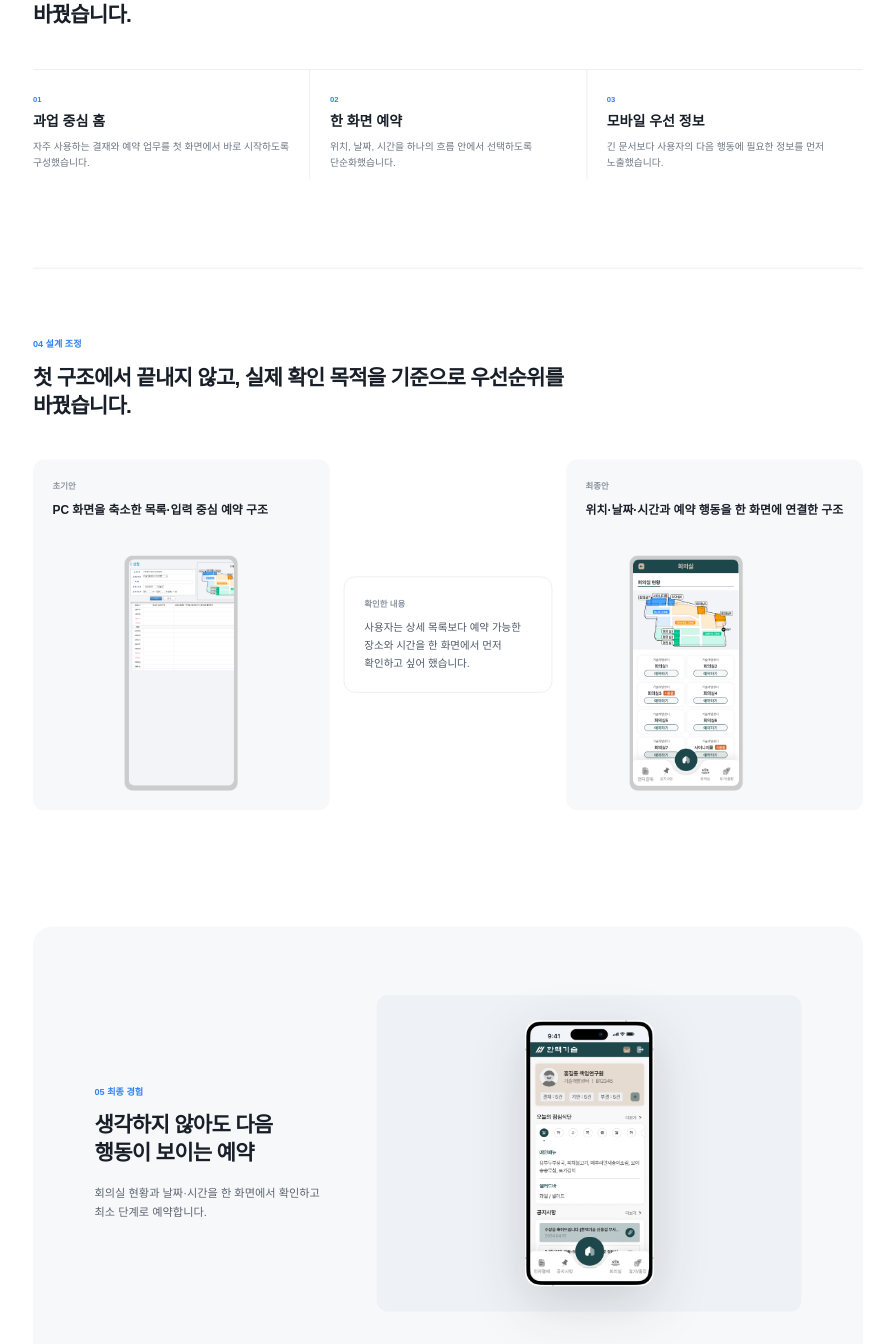
Repository: hanul-Lee/web
Page: project-intranet.html
These files come from the project's save history. The page is drawn as it stood at one moment and after the next save; the edit follows.
The browser window is 1280 px wide. The pictures show the part of the page from y = 2622 to 4542 px (the page is 5926 px tall), at 70% of full size.
The style sheet was rebuilt from its Sass, Less or Tailwind sources for each picture, by a compiler version that may differ from the author's.

Above is the page before, as saved 2026-07-26 12:41:17.

After the next save:
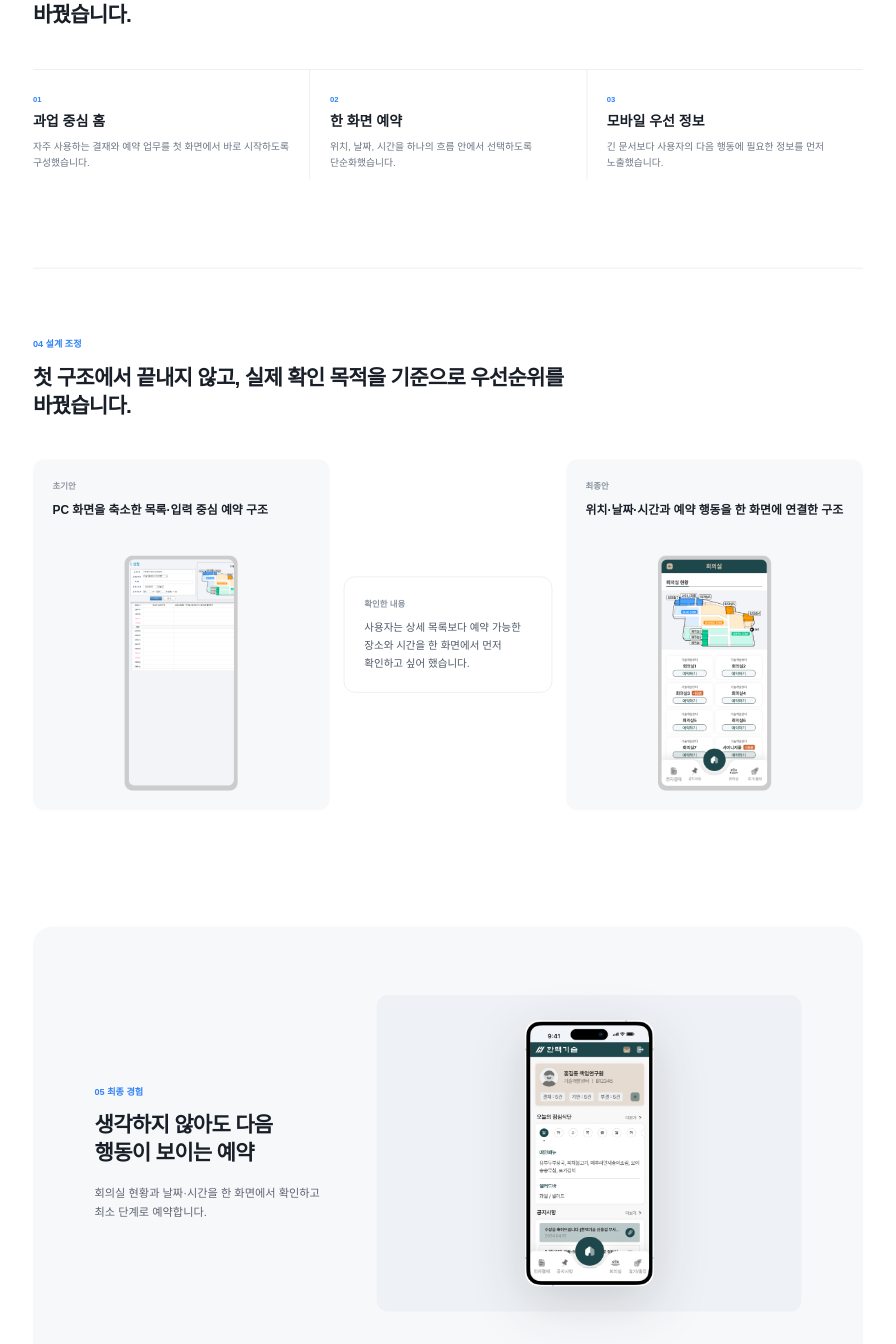
Saved 5 s later.
--- a/project-intranet.html
+++ b/project-intranet.html
@@ -10,7 +10,7 @@
       .comparison-image.split-left img {
       transform: translateX(0%);
   }
-   .comparison-image.split-left img {
+   .comparison-image.split-right img {
       transform: translateX(0%);
   }
     </style>
